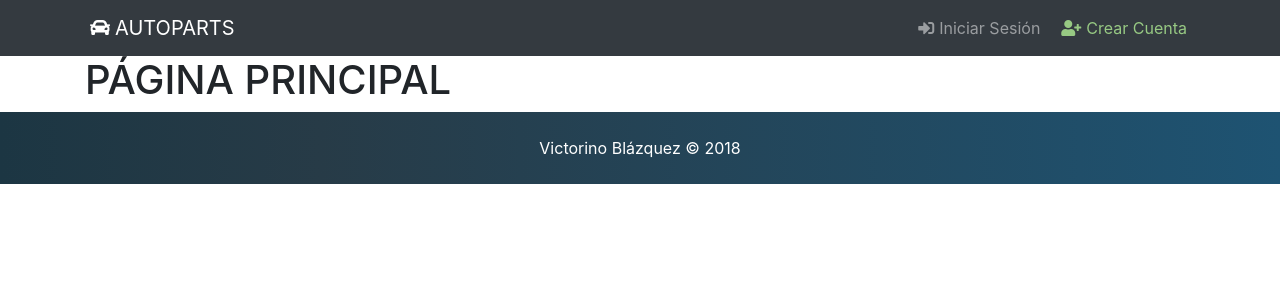
Repository: VictorinoBF97/ProjectPHP
Page: http://localhost/project/
These files come from the project's save history. The page is drawn as it stood at one moment and after the next save; the edit follows.
The browser window is 1280 px wide. The pictures show the whole page.
Some web libraries are served in a nearby version. The page is run by PHP 8.4 with error messages shown; the project is at /var/www/html/.

Above is the page before, as saved 2018-11-28 16:55:59.

### index.php
<?php
    require_once 'setup.php';
    require_once 'database/conexion.php';
    require_once 'includes/header.php';
?>

<!-------------BODY-------->
<div class="container">
<h1>PÁGINA PRINCIPAL</h1>
</div>



<!-------END BODY----------->
<?php
require_once 'includes/footer.php';

?>

### setup.php
<?php
define('BASE_URL', $_SERVER['REQUEST_SCHEME']."://".$_SERVER['HTTP_HOST']."/".'project/');
define('BASE_PATH', __DIR__);

// Conexión a la BD
define('DB_HOST', "localhost");
define('DB_USER', "root");
define('DB_PASS', "");
define('DB_NAME', "projectdb");

// Iniciar Sesión
session_start();

?>

### database/conexion.php
<?php
//Recibe un servidor, el usuario,contraseña
$db = mysqli_connect(DB_HOST, DB_USER, DB_PASS, DB_NAME);

// if(mysqli_connect_errno()){
//     die("No hemos realizado correctamente la conexión a la BD");
// }else{
//     die("La conexión ha sido un éxito Houston");
// }


mysqli_query($db, "SET NAMES 'utf8'"); //Lanza una consulta
?>

### includes/header.php
<!doctype html>
<html lang="es">
  <head>
    <!-- Required meta tags -->
    <meta charset="utf-8">
    <meta name="viewport" content="width=device-width, initial-scale=1, shrink-to-fit=no">

    <!-- Bootstrap CSS -->
    <link rel="stylesheet" href="https://stackpath.bootstrapcdn.com/bootstrap/4.1.3/css/bootstrap.min.css" integrity="sha384-MCw98/SFnGE8fJT3GXwEOngsV7Zt27NXFoaoApmYm81iuXoPkFOJwJ8ERdknLPMO" crossorigin="anonymous">
    <link rel="stylesheet" href="https://use.fontawesome.com/releases/v5.5.0/css/all.css" integrity="sha384-B4dIYHKNBt8Bc12p+WXckhzcICo0wtJAoU8YZTY5qE0Id1GSseTk6S+L3BlXeVIU" crossorigin="anonymous">
    <link rel="stylesheet" href="<?=BASE_URL?>css/style.css">

    <title>Autoparts</title>

  </head>

  <body>
  <!-- Header -->
  <nav class="navbar navbar-expand-lg navbar-dark bg-dark">
    <div class="container">
      <a class="navbar-brand" href="<?=BASE_URL?>">
      <i class="fas fa-car"></i>AUTOPARTS
      </a>
  <button class="navbar-toggler" type="button" data-toggle="collapse" data-target="#navbarSupportedContent" aria-controls="navbarSupportedContent" aria-expanded="false" aria-label="Toggle navigation">
    <span class="navbar-toggler-icon"></span>
  </button>

  <div class="collapse navbar-collapse" id="navbarSupportedContent">
    <ul class="navbar-nav ml-auto">
      <?php if (!isset($_SESSION['usuario']) ): ?>
      <li class="nav-item">
          <a class="nav-link" href="<?=BASE_URL?>login"><i class="fas fa-sign-in-alt"></i>Iniciar Sesión</a>
      </li>
        <li class="nav-item">
          <a class="nav-link link-important" href="http://127.0.0.1/project/register"><i class="fas fa-user-plus"></i>Crear Cuenta</a>
        </li>
      <?php else:?>
        <ul class="navbar-nav mr-auto">
        <li class="nav-item">
          <a class="nav-link" href="<?=BASE_URL?>my_lists"><i class="fa fa list"></i>Recambios <span class="sr-only">(current)</span></a>
        </li>
        <li class="nav-item">
          <a class="nav-link" href="<?=BASE_URL?>create_list"><i class="fas fa-wrench"></i>Añadir recambio</a>
        </li>
        </ul>

         <ul class="navbar-nav ml-auto">
                  <li class="nav-item dropdown">
                      <a class="nav-link dropdown-toggle" href="#" id="navbarDropdown" role="button" data-toggle="dropdown">
                          <?=$_SESSION['usuario']['username']?>
                      </a>
                      <div class="dropdown-menu" aria-labelledby="navbarDropdown">
                        <a class="dropdown-item" href="<?=BASE_URL?>profile"><i class="fas fa-user"></i> Perfil</a>
                          <div class="dropdown-divider"></div>
                            <a class="dropdown-item" href="<?=BASE_URL?>logout"><i class="fas fa-sign-out-alt"></i>Cerrar Sesión</a>
                        </div>
                    </li>
            <?php endif; ?>
      </ul>
    </div>
  </div>
</nav>
<!-- End Header -->

### includes/footer.php
<footer id="footer" class="pb-4 pt-4">
    <div class="container">
        <div class="row text-center">
            <div class="col-12 col-lg">
                Victorino Blázquez &copy; 2018
            </div>
        </div>
    </div>
</footer>

<!-- Optional JavaScript -->
    <!-- jQuery first, then Popper.js, then Bootstrap JS -->
    <script src="https://code.jquery.com/jquery-3.3.1.slim.min.js" integrity="sha384-q8i/X+965DzO0rT7abK41JStQIAqVgRVzpbzo5smXKp4YfRvH+8abtTE1Pi6jizo" crossorigin="anonymous"></script>
    <script src="https://cdnjs.cloudflare.com/ajax/libs/popper.js/1.14.3/umd/popper.min.js" integrity="sha384-ZMP7rVo3mIykV+2+9J3UJ46jBk0WLaUAdn689aCwoqbBJiSnjAK/l8WvCWPIPm49" crossorigin="anonymous"></script>
    <script src="https://stackpath.bootstrapcdn.com/bootstrap/4.1.3/js/bootstrap.min.js" integrity="sha384-ChfqqxuZUCnJSK3+MXmPNIyE6ZbWh2IMqE241rYiqJxyMiZ6OW/JmZQ5stwEULTy" crossorigin="anonymous"></script>

    </body>
</html>

### css/style.css
#footer {
    background: linear-gradient(90deg, #1c3643, #273b47 25%, #1e5372);
    color: white;
}

#footer a {
    color: white;
}

#header img {
    width: 80px;
}

#my_lists {
    padding:10px 0;
}

#card_list {
    margin: 10px 0;
}

p.card-text {
    height: 50px;
}

.link-important {
    color: #97c983 !important;
}

i {
    margin: 0 5px;
}

After the next save:
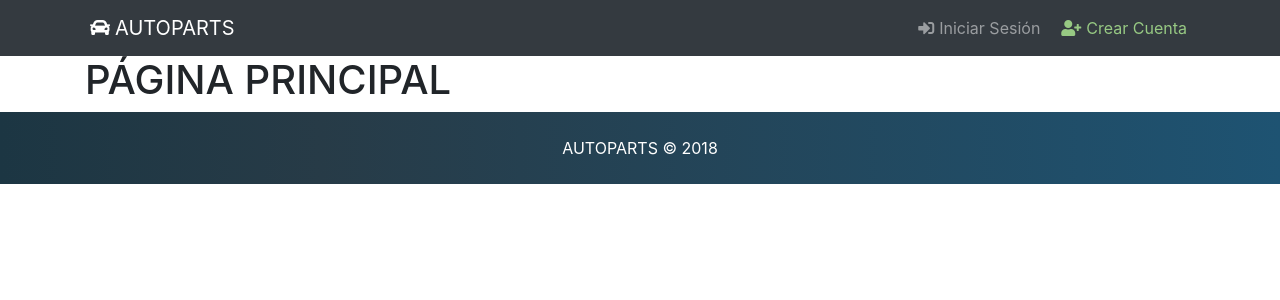
Saved 60 s later.
--- a/includes/footer.php
+++ b/includes/footer.php
@@ -2,7 +2,7 @@
     <div class="container">
         <div class="row text-center">
             <div class="col-12 col-lg">
-                Victorino Blázquez &copy; 2018
+                AUTOPARTS &copy; 2018
             </div>
         </div>
     </div>
